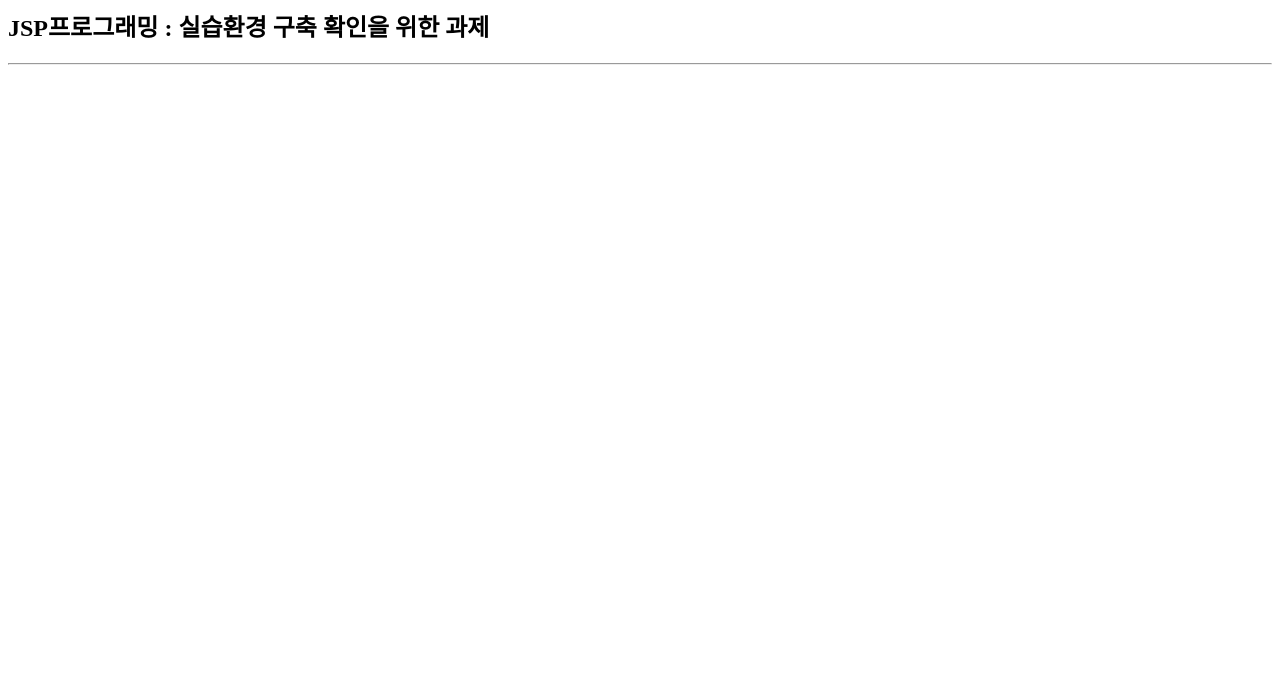
Repository: jiyoung510/JAVA-learning-examples
Page: http://localhost/jspbook/HelloWorldServlet
An editor plug-in stored every save of this project. The page is shown before and after the next save, followed by the edit.
The browser window is 1280 px wide. The pictures show the whole page.
The page is served by Tomcat 9.

Above is the page before, as saved 2022-09-25 02:10:01.

### jspbook/src/ch01/HelloWorldServlet.java
package ch01;

import java.io.IOException;
import java.io.PrintWriter;

import javax.servlet.ServletException;
import javax.servlet.annotation.WebServlet;
import javax.servlet.http.HttpServlet;
import javax.servlet.http.HttpServletRequest;
import javax.servlet.http.HttpServletResponse;

/**
 * Servlet implementation class HelloWorldServlet
 */
@WebServlet("/HelloWorldServlet")
public class HelloWorldServlet extends HttpServlet {
	private static final long serialVersionUID = 1L;

	/**
	 * @see HttpServlet#doGet(HttpServletRequest request, HttpServletResponse response)
	 */
	protected void doGet(HttpServletRequest request, HttpServletResponse response) throws ServletException, IOException {
		response.setContentType("text/html; charset=UTF-8");
		PrintWriter out = response.getWriter();
		out.print("<html>");
		out.print("<head><title>JSP프로그래밍 : 실습환경 구축 확인을 위한 과제</title></head>");
		out.print("<body><h2>JSP프로그래밍 : 실습환경 구축 확인을 위한 과제</h2>");
		out.print("<hr>");
		out.print("</body></html>");
		out.close();
	}

	/**
	 * @see HttpServlet#doPost(HttpServletRequest request, HttpServletResponse response)
	 */
	protected void doPost(HttpServletRequest request, HttpServletResponse response) throws ServletException, IOException {
		// TODO Auto-generated method stub
		doGet(request, response);
	}

}

After the next save:
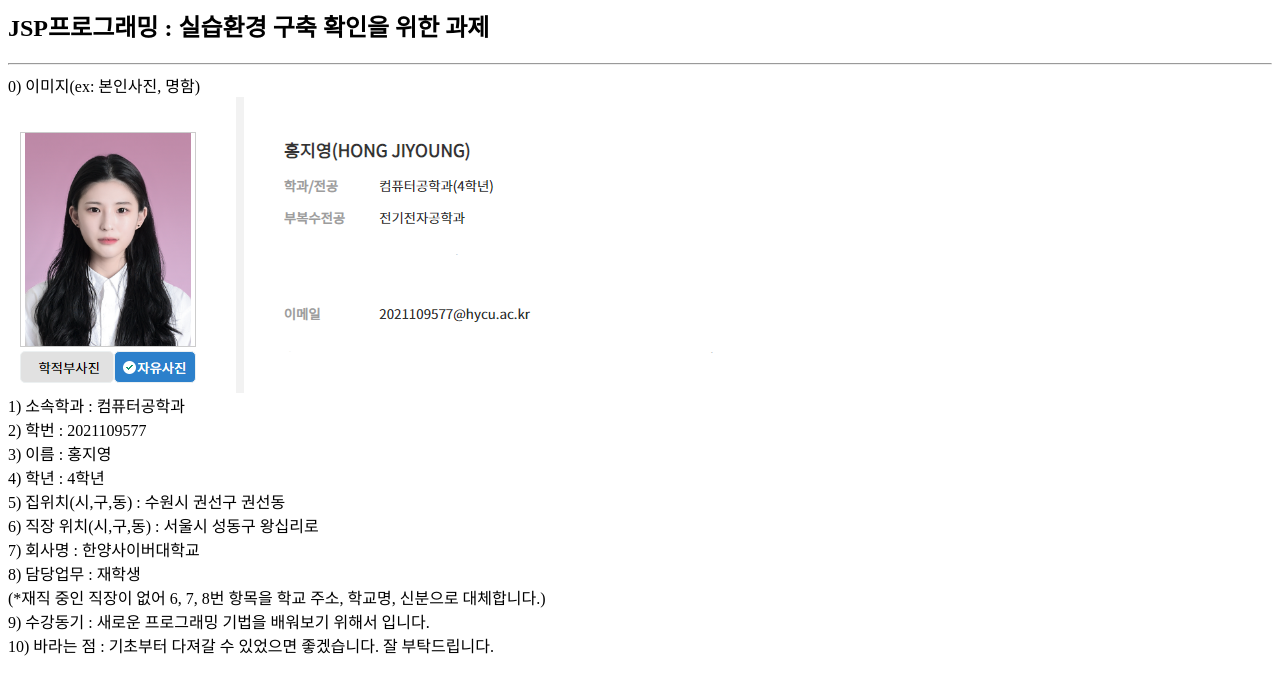
Saved 38 s later.
--- a/jspbook/src/ch01/HelloWorldServlet.java
+++ b/jspbook/src/ch01/HelloWorldServlet.java
@@ -26,6 +26,18 @@ public class HelloWorldServlet extends HttpServlet {
 		out.print("<head><title>JSP프로그래밍 : 실습환경 구축 확인을 위한 과제</title></head>");
 		out.print("<body><h2>JSP프로그래밍 : 실습환경 구축 확인을 위한 과제</h2>");
 		out.print("<hr>");
+		out.print("<div>0) 이미지(ex: 본인사진, 명함)<img src=\"../images/JSP.png\" style=\"display:block\"></div>");
+		out.print("<div>1) 소속학과 : 컴퓨터공학과</div>");
+		out.print("<div>2) 학번 : 2021109577</div>");
+		out.print("<div>3) 이름 : 홍지영</div>");
+		out.print("<div>4) 학년 : 4학년</div>");
+		out.print("<div>5) 집위치(시,구,동) : 수원시 권선구 권선동</div>");
+		out.print("<div>6) 직장 위치(시,구,동) : 서울시 성동구 왕십리로</div>");
+		out.print("<div>7) 회사명 : 한양사이버대학교</div>");
+		out.print("<div>8) 담당업무 : 재학생</div>");
+		out.print("<div>(*재직 중인 직장이 없어 6, 7, 8번 항목을  학교 주소, 학교명, 신분으로 대체합니다.)</div>");
+		out.print("<div>9) 수강동기 : 새로운 프로그래밍 기법을 배워보기 위해서 입니다.</div>");
+		out.print("<div>10) 바라는 점 : 기초부터 다져갈 수 있었으면 좋겠습니다. 잘 부탁드립니다.</div>");
 		out.print("</body></html>");
 		out.close();
 	}
